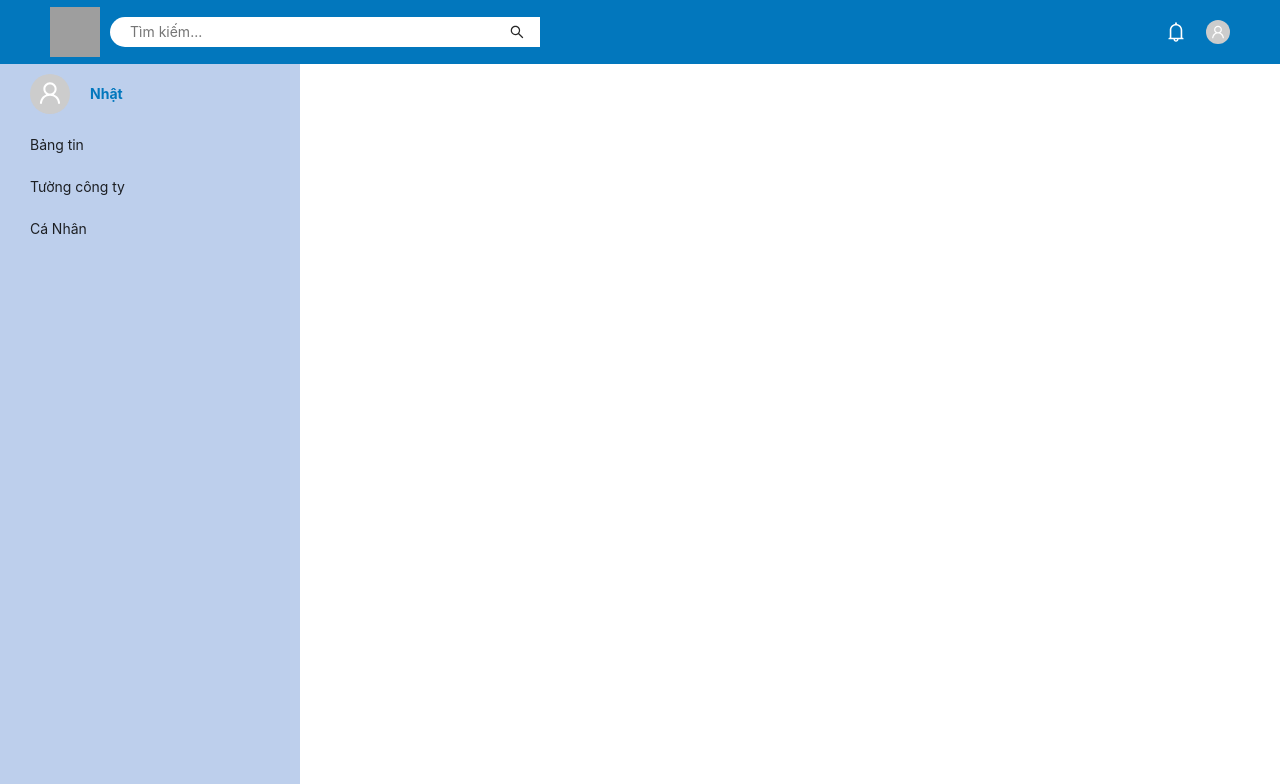
Repository: baonhat27/SocialNetwork_FE
Page: /home
An editor plug-in stored every save of this project. The page is shown before and after the next save, followed by the edit.
The browser window is 1280 px wide. The pictures show the whole page.
Pictures or frames that could not be fetched are drawn as grey boxes. The project was rebuilt for these pictures with package versions that can differ from the ones it lists, and the page was loaded fresh each time. Also part of the build but not shown: src/containers/home/component/HomeComponent.module.css, src/containers/loginPage/component/LoginPageComponent.module.css, src/components/Input/Input.module.css, src/components/Input/Input.js, src/components/Button/Button.module.css, src/components/Button/Button.js, src/containers/loginPage/component/LoginPageComponent.js, src/containers/loginPage/LoginPageContainer.js.

Above is the page before, as saved 2022-03-09 22:16:50.

### public/index.html
<!DOCTYPE html>
<html lang="en">
  <head>
    <meta charset="utf-8" />
    <link rel="icon" href="%PUBLIC_URL%/favicon.ico" />
    <meta name="viewport" content="width=device-width, initial-scale=1" />
    <meta name="theme-color" content="#000000" />
    <meta
      name="description"
      content="Web site created using create-react-app"
    />
    <link rel="apple-touch-icon" href="%PUBLIC_URL%/logo192.png" />
    <!--
      manifest.json provides metadata used when your web app is installed on a
      user's mobile device or desktop. See https://developers.google.com/web/fundamentals/web-app-manifest/
    -->
    <link rel="manifest" href="%PUBLIC_URL%/manifest.json" />
    <!--
      Notice the use of %PUBLIC_URL% in the tags above.
      It will be replaced with the URL of the `public` folder during the build.
      Only files inside the `public` folder can be referenced from the HTML.

      Unlike "/favicon.ico" or "favicon.ico", "%PUBLIC_URL%/favicon.ico" will
      work correctly both with client-side routing and a non-root public URL.
      Learn how to configure a non-root public URL by running `npm run build`.
    -->
    <title>Social network</title>
  </head>
  <body>
    <noscript>You need to enable JavaScript to run this app.</noscript>
    <div id="root"></div>
    <!--
      This HTML file is a template.
      If you open it directly in the browser, you will see an empty page.

      You can add webfonts, meta tags, or analytics to this file.
      The build step will place the bundled scripts into the <body> tag.

      To begin the development, run `npm start` or `yarn start`.
      To create a production bundle, use `npm run build` or `yarn build`.
    -->
  </body>
</html>

### src/index.js
import React from 'react';
import ReactDOM from 'react-dom';
import './index.css';
import App from './App';
import 'antd/dist/antd.min.css'
import reportWebVitals from './reportWebVitals';
import { BrowserRouter } from 'react-router-dom';

ReactDOM.render(
  <React.StrictMode>
    <BrowserRouter>
      <App />
    </BrowserRouter>
  </React.StrictMode>,
  document.getElementById('root')
);

// If you want to start measuring performance in your app, pass a function
// to log results (for example: reportWebVitals(console.log))
// or send to an analytics endpoint. Learn more: https://bit.ly/CRA-vitals
reportWebVitals();

### src/App.js
import { Route,Switch } from 'react-router-dom';
import './App.css';
import HeaderContainer from './containers/header/HeaderContainer';
import HomeContainer from './containers/home/HomeContainer';
import LoginPageContainer from './containers/loginPage/LoginPageContainer';
function App() {
  return (
    <div className="App">
      <Switch>
        <Route path='/login'>
          <LoginPageContainer/>
        </Route>
        <Route path="/home">
            <HeaderContainer/>
            <HomeContainer/>
        </Route>
      </Switch>
    </div>
  );
}

export default App;

### src/containers/header/HeaderContainer.js
import React from 'react';
import HeaderComponent from './component/HeaderComponent';

const HeaderContainer = () => {
    return (
        <HeaderComponent></HeaderComponent>
    );
};

export default HeaderContainer;

### src/containers/home/HomeContainer.js
import HomeComponent from "./component/HomeComponent"
import React from 'react';

const HomeContainer = () => {
    return (
        <div>
            <HomeComponent/>
        </div>
    );
};

export default HomeContainer;

### src/containers/header/component/HeaderComponent.js
import React from 'react';
import { Layout} from "antd";
import { Avatar } from 'antd';
import { UserOutlined, BellOutlined  } from '@ant-design/icons';
import styles from "./header.module.css"
import Search from '../../../components/Search/Search';


const { Header } = Layout;


const HeaderComponent = () => {
    return (
        <Header className={styles.header}>
            <div class={styles.header_left}>
                <img className={styles.img_logo}
                    src='https://images.yourstory.com/cs/images/companies/484073261089321671237850235461832427438080n-1609922812339.png'
                />
                <Search/>
            </div>
            <div class={styles.header_right}>
                <BellOutlined
                    style={{fontSize: '20px', color:'white'}}
                />
                <Avatar size="small" icon={<UserOutlined />} style={{marginLeft: 20,marginRight: 0}} />
            </div>
        </Header>
    );
};

export default HeaderComponent;

### src/containers/home/component/HomeComponent.js
import styles from "./HomeComponent.module.css"
import React from "react";
import { Layout, Avatar } from "antd";
import SiderContainer from "../../sider/SiderContainer";
import ContentContainer from "../../content/ContentContainer";

const {  Content } = Layout;

const HomeComponent = (props) => {
    return (
        <>
            <SiderContainer/>
            <ContentContainer/>
        </>

    );
};

export default HomeComponent;

### src/containers/header/component/header.module.css
.header{
    background-color: #0277bd !important;
    display: flex;
    justify-content: space-between;
    align-items: center;
}
.header_left{
    display: flex;
    align-items: center;
}
.header_right{
    display: flex;
    align-items: center;
}
.search {
    margin-left: 50px;
    width: 400px !important;
}
.img_logo{
    width: 50px;
    height: 50px;
    background-size: cover;
}

### src/components/Search/Search.js
import React from 'react';
import './Search.css'
import { SearchOutlined } from '@ant-design/icons';

const Search = () => {
    return (
    <>
        <input
            placeholder='Tìm kiếm...'
            className='inputSearch'
        />
        <SearchOutlined
            className='iconSearch'
        />

    </>
    );
};

export default Search;

### src/containers/sider/SiderContainer.js
import React from 'react';
import SiderComponent from './component/SiderComponent';

const SiderContainer = () => {
    return (
        <SiderComponent>

        </SiderComponent>
    );
};

export default SiderContainer;

### src/containers/content/ContentContainer.js
import React from 'react';
import ContentComponent from './component/ContentComponent';

const ContentContainer = () => {
    return (
        <ContentComponent>

        </ContentComponent>
    );
};

export default ContentContainer;

### src/components/Search/Search.css
.inputSearch{
    border: none;
    border-top-left-radius: 20px;
    border-bottom-left-radius: 20px;
    width: 400px;
    height: 30px;
    margin-left: 10px;
    padding-left: 20px;
}
.iconSearch{

    background-color: white;
    height: 30px;
    width: 30px;
    display: flex;
    padding: 8px 0px;
}
.iconSearch:hover{
    cursor: pointer;
}

### src/containers/sider/component/SiderComponent.js
import React from 'react';
import styles from './Sider.module.css'
import {  Avatar } from "antd";
import { UserOutlined } from "@ant-design/icons";


const SiderComponent = (props) => {
    return (
        <div className={styles.sider}>
            <div className={`${styles.user_info} ${styles.sider_item}`}>
                    <Avatar size="large" icon={<UserOutlined/>}></Avatar>
                    <div className={styles.user_name}> Nhật</div>
            </div>
            <div className={styles.sider_item}>
                Bảng tin
            </div>
            <div className={styles.sider_item}>Tường công ty</div>
            <div className={styles.sider_item}>Cá Nhân</div>
        </div>
    );
};

export default SiderComponent;

### src/containers/content/component/ContentComponent.js
import React from 'react';
import styles from "./ContentComponent.module.css"

const ContentComponent = () => {
    return (
        <div className={styles.a}>

        </div>
    );
};

export default ContentComponent;

### src/containers/sider/component/Sider.module.css
.sider{
    background-color: #bdcfec !important;
    height: 100vh;
    display: flex;
    width: 300px;
    display: flex;
    flex-direction: column;
}
.sider_item{
    margin: 10px 0px 10px 30px;
}
.sider_item:hover{
    cursor: pointer;
    opacity: 75%;
    background-color: #0277bd;
}
.user_info{
    display: flex;
}
.user_name{
    margin-left: 20px;
    color: #0277bd;
    font-weight: 700;
    display: flex;
    align-items: center;
}

### src/containers/content/component/ContentComponent.module.css
.a{
    background-color: red;
    width: 500px;
}

Loaded but not shown: src/index.css (common file); src/reportWebVitals.js (common file); src/App.css (no stored copy; drawn as an empty file)

After the next save:
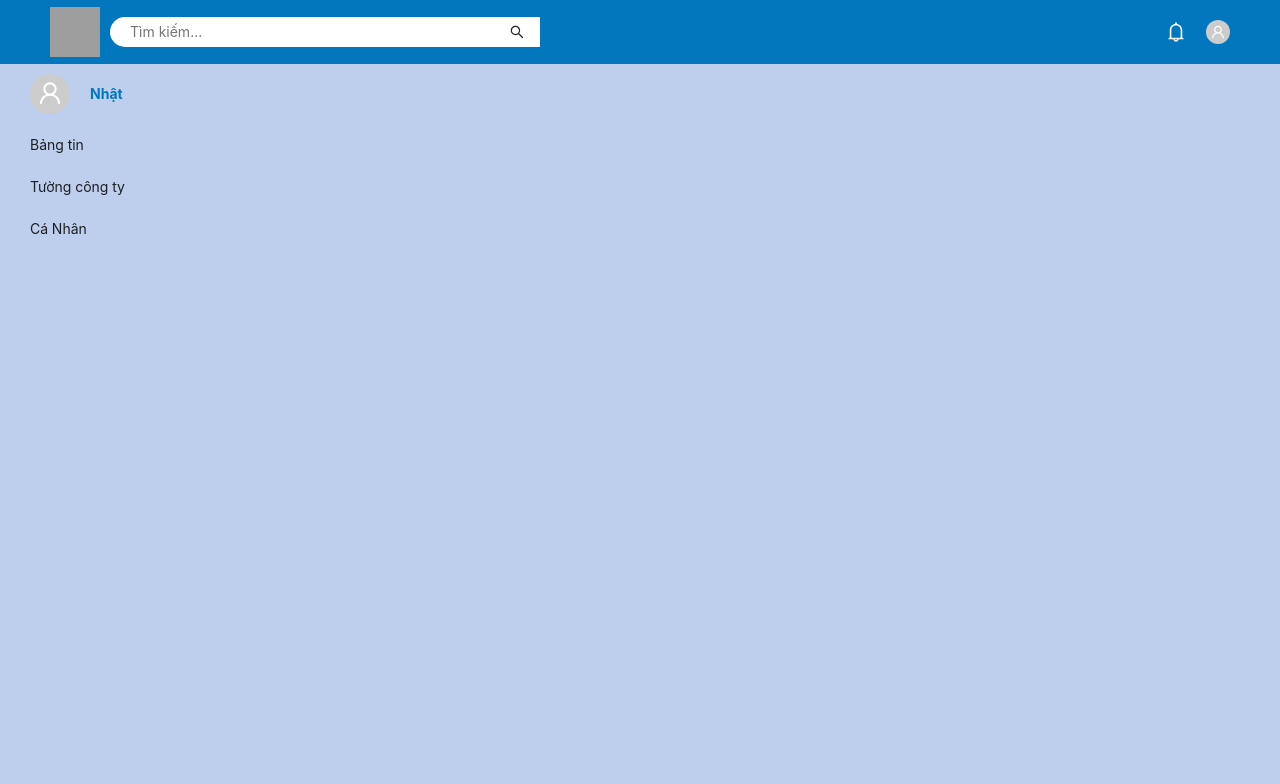
Saved 19 s later.
--- a/src/containers/sider/component/Sider.module.css
+++ b/src/containers/sider/component/Sider.module.css
@@ -2,7 +2,7 @@
     background-color: #bdcfec !important;
     height: 100vh;
     display: flex;
-    width: 300px;
+    width: 100%;
     display: flex;
     flex-direction: column;
 }
